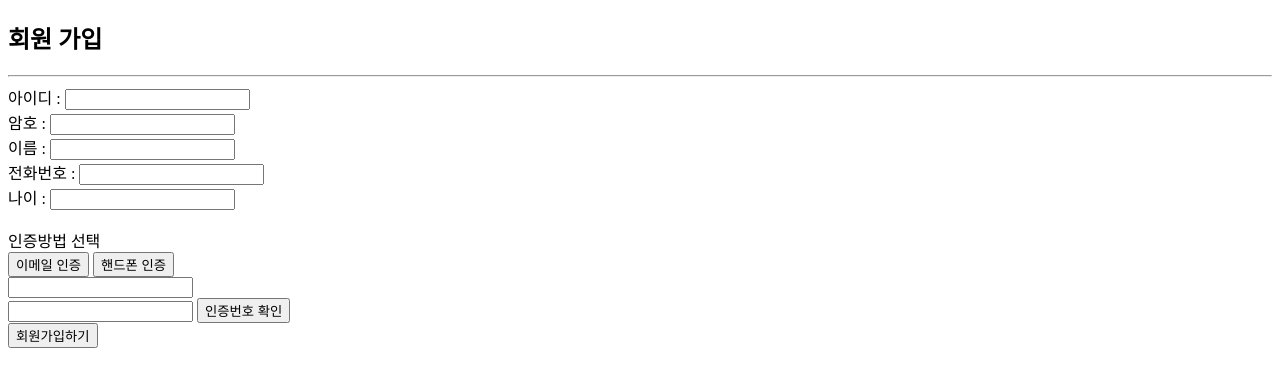
Repository: 0hmuse/day0330-2
Page: day0330-1/src/main/resources/static/test.html
These files come from the project's save history. The page is drawn as it stood at one moment and after a run of saves; the edit follows.
The browser window is 1280 px wide. The pictures show the whole page.

Above is the page before, as saved 2020-03-30 12:24:16.

After the next 2 saves:
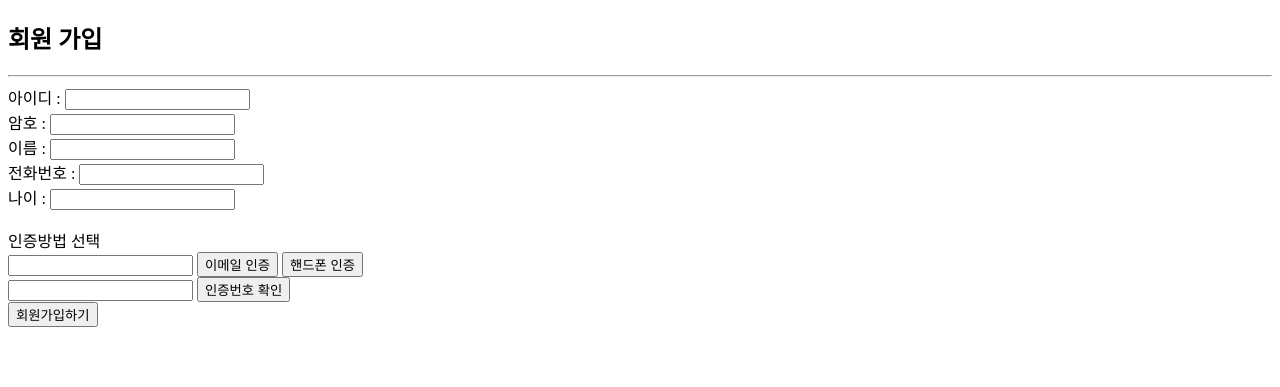
The 2 saves are shown as one change because they came seconds apart.
The last was saved 51 s later.
--- a/day0330-1/src/main/resources/static/test.html
+++ b/day0330-1/src/main/resources/static/test.html
@@ -55,11 +55,12 @@ $("#btn_email").click(function(){
 		<br>
 	</form>
 		인증방법 선택<br>
-		<button id="btn_email">이메일 인증</button>
-		<button id="btn_phone">핸드폰 인증</button>
+
 		<form id="g">
 			<div id="check">
 				<input type='text' id='in1' name='in1'>
+				<button id="btn_email">이메일 인증</button>
+				<button id="btn_phone">핸드폰 인증</button>
 				<br>
 				<input type='text' id='in2' name='in2'>
 				<button id='ebc2'>인증번호 확인</button>
